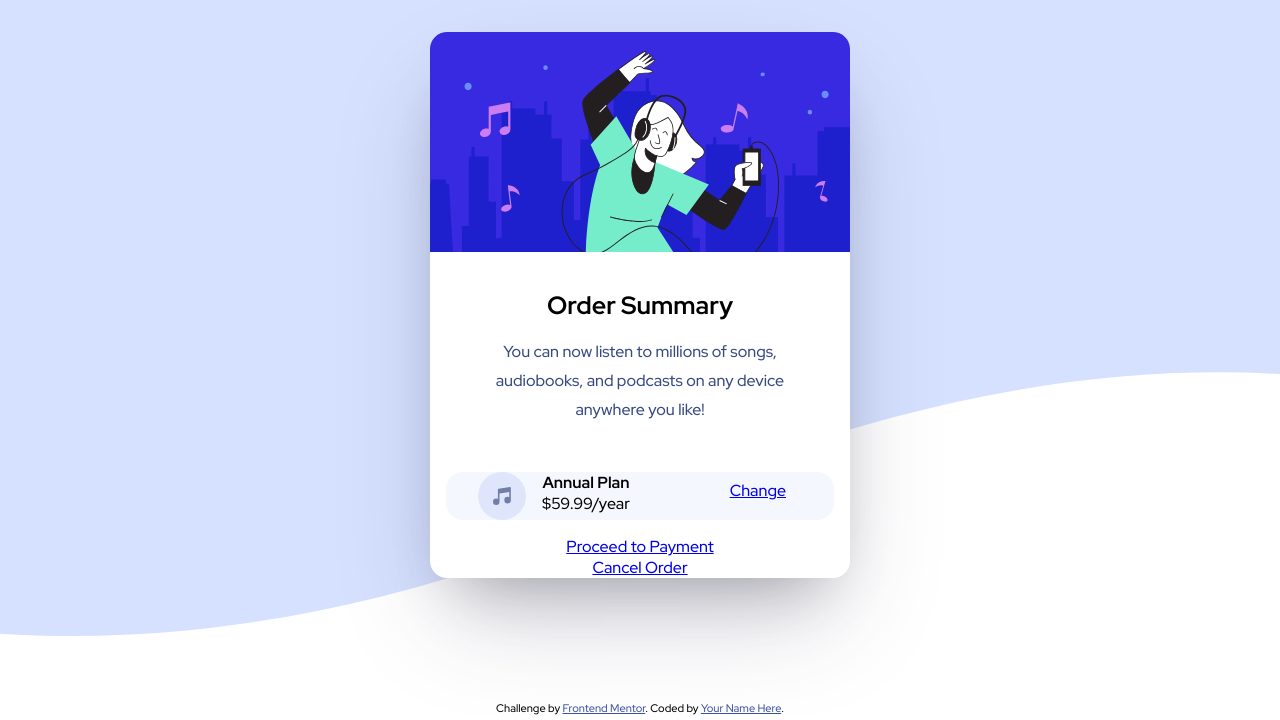
Repository: DejV44/order-summary-frontend
Page: index.html
An editor plug-in stored every save of this project. The page is shown before and after the next save, followed by the edit.
The browser window is 1280 px wide. The pictures show the whole page.
The style sheet was rebuilt from its Sass, Less or Tailwind sources for each picture, by a compiler version that may differ from the author's.

Above is the page before, as saved 2021-08-12 21:28:25.

After the next save:
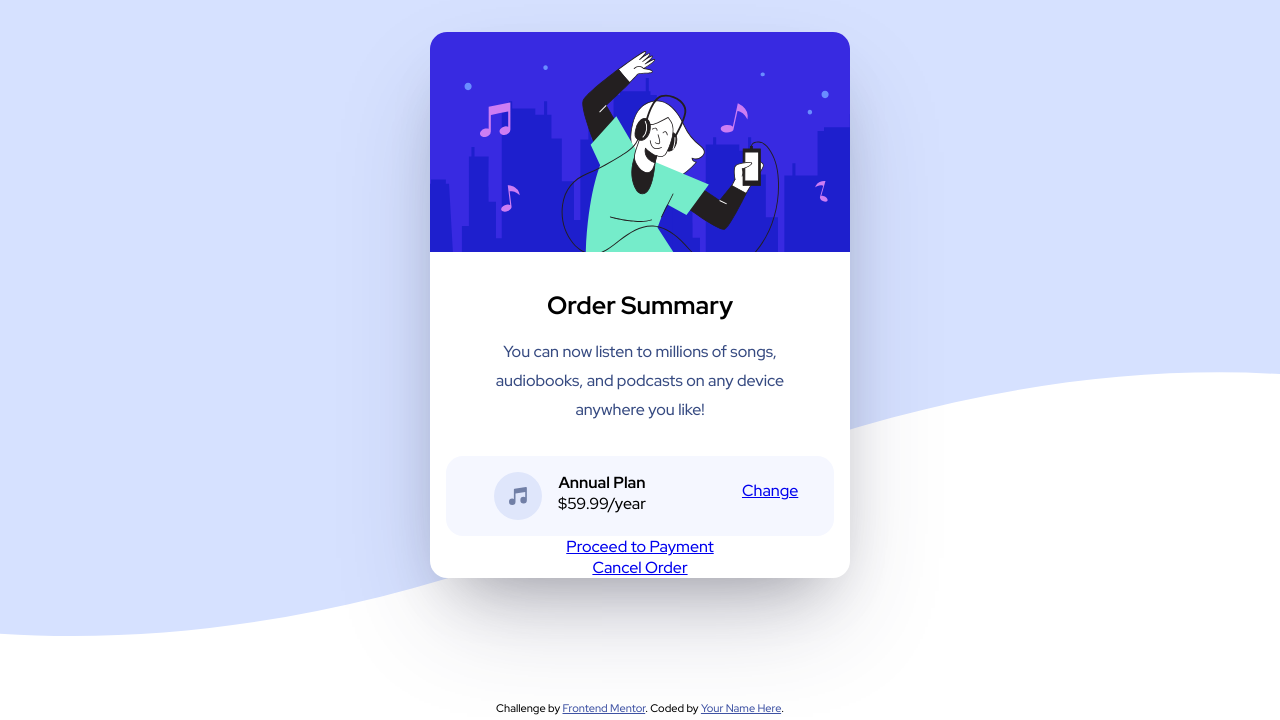
Saved 18 s later.
--- a/css/style.scss
+++ b/css/style.scss
@@ -29,7 +29,8 @@
     justify-content: space-between;
     @include border;
     background: $VeryPaleBlue;
-    margin: 1rem;
+    margin: 0 1rem;
+    padding: 1rem;
     .annual {
         display: flex;
         padding: 0 2rem;

After the save that followed:
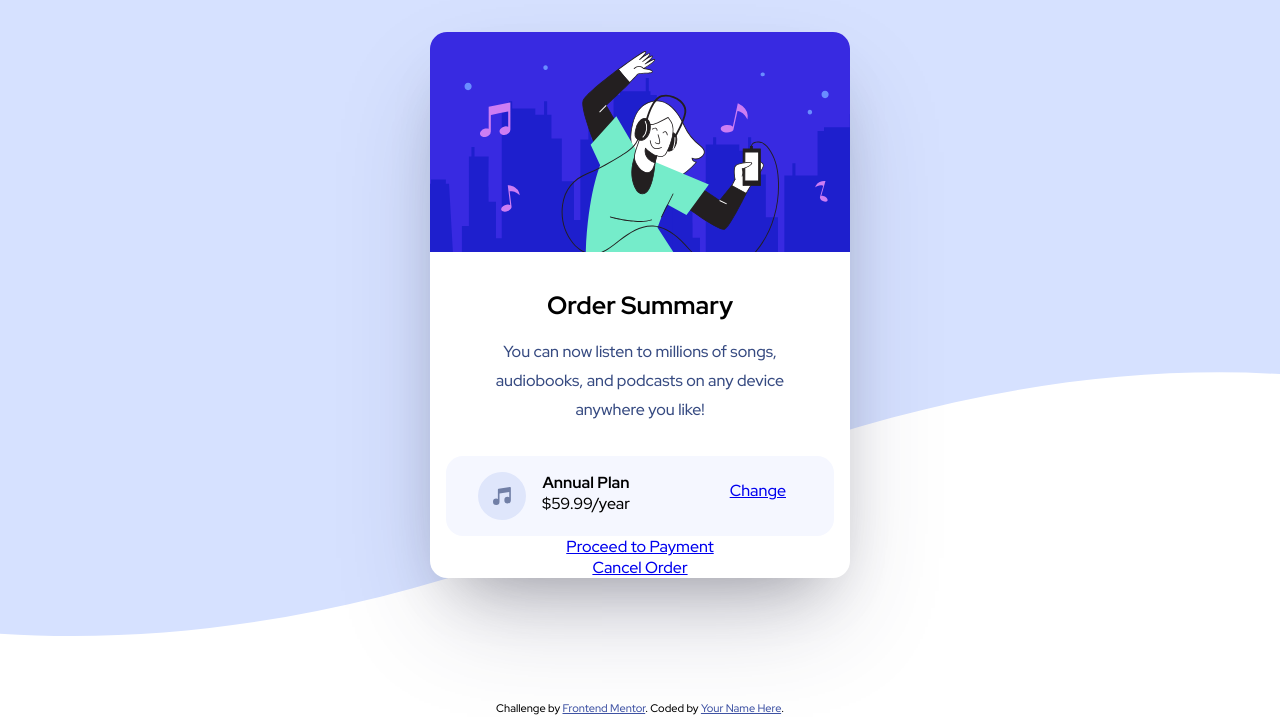
Saved 11 s later.
--- a/css/style.scss
+++ b/css/style.scss
@@ -30,7 +30,7 @@
     @include border;
     background: $VeryPaleBlue;
     margin: 0 1rem;
-    padding: 1rem;
+    padding: 1rem 0;
     .annual {
         display: flex;
         padding: 0 2rem;
